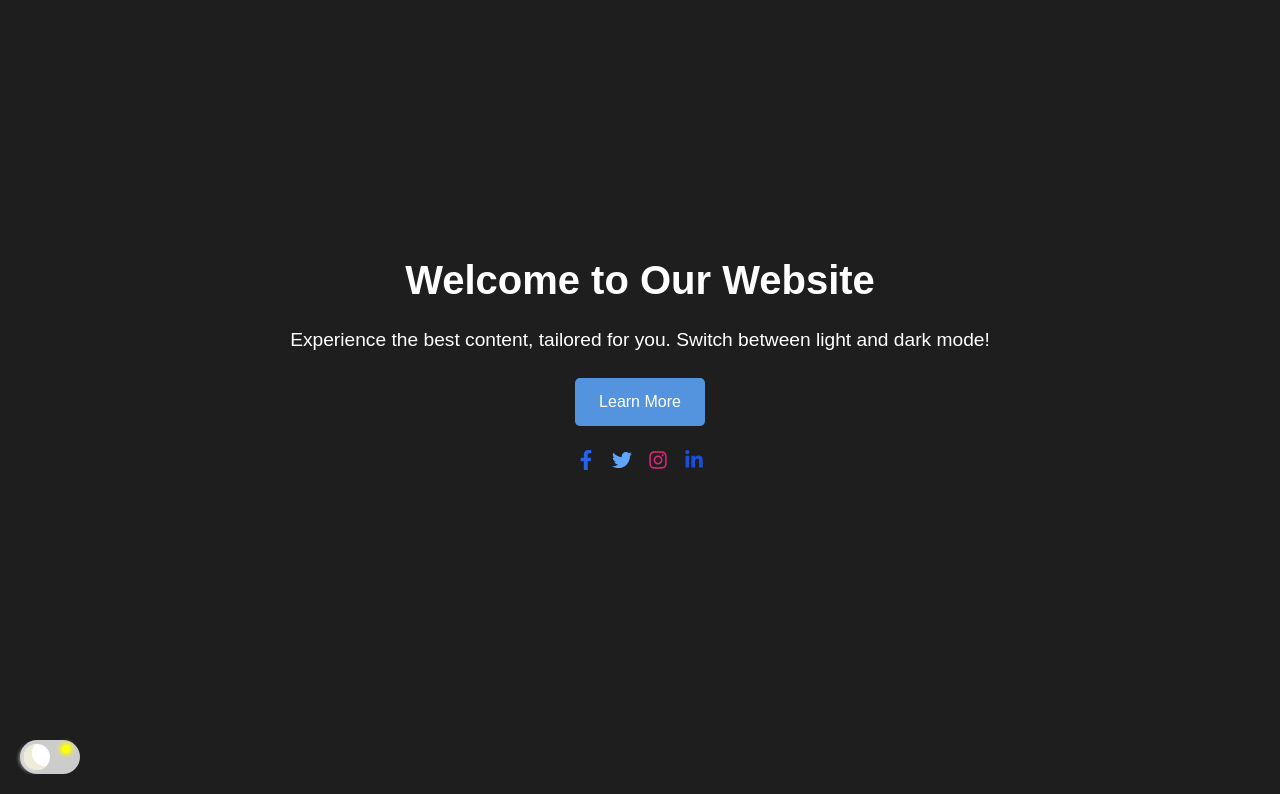
Repository: countaustin1990/file-C-Users-user-Documents-Final-20Cart
Page: /about (app in Documents/BXXXN/my-app/)
The author's editor kept a copy of each file at every save. The page is drawn from the files as they stood at one save, then again after the next save.
The browser window is 1280 px wide. The pictures show the whole page.
The project was rebuilt for these pictures with package versions that can differ from the ones it lists, and the page was loaded fresh each time. Also part of the build but not shown: Documents/BXXXN/my-app/vite.config.js.

Above is the page before, as saved 2024-10-20 20:41:55.

After the next save:
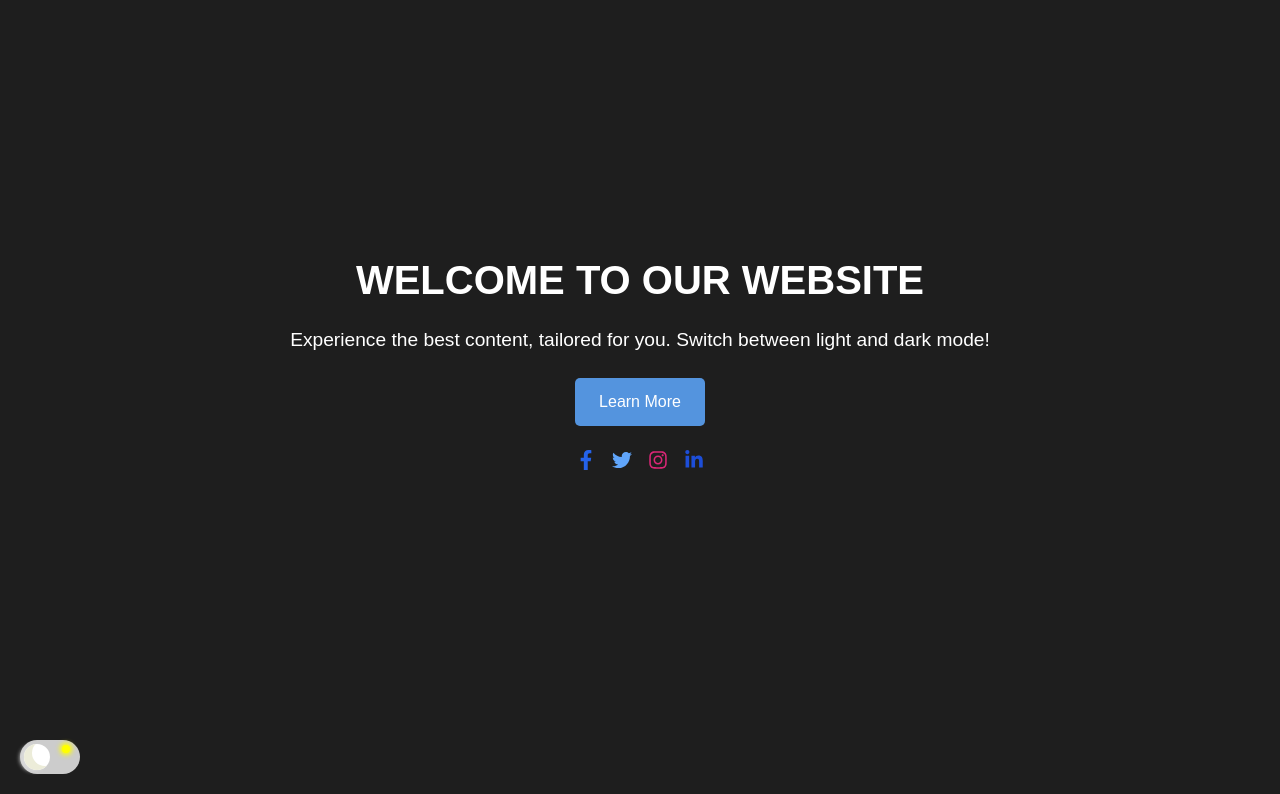
Saved 22 s later.
--- a/Documents/BXXXN/my-app/src/components/folder/Folder.test.jsx
+++ b/Documents/BXXXN/my-app/src/components/folder/Folder.test.jsx
@@ -25,7 +25,7 @@ const Folder = () => {
       {/* Hero Section */}
       <section className="hero">
         <div className="hero-content">
-          <h1 className='font-extrabold'>Welcome to Our Website</h1>
+          <h1 className='font-extrabold uppercase'>Welcome to Our Website</h1>
           <p>Experience the best content, tailored for you. Switch between light and dark mode!</p>
           <button className="cta-button">Learn More</button>
 
